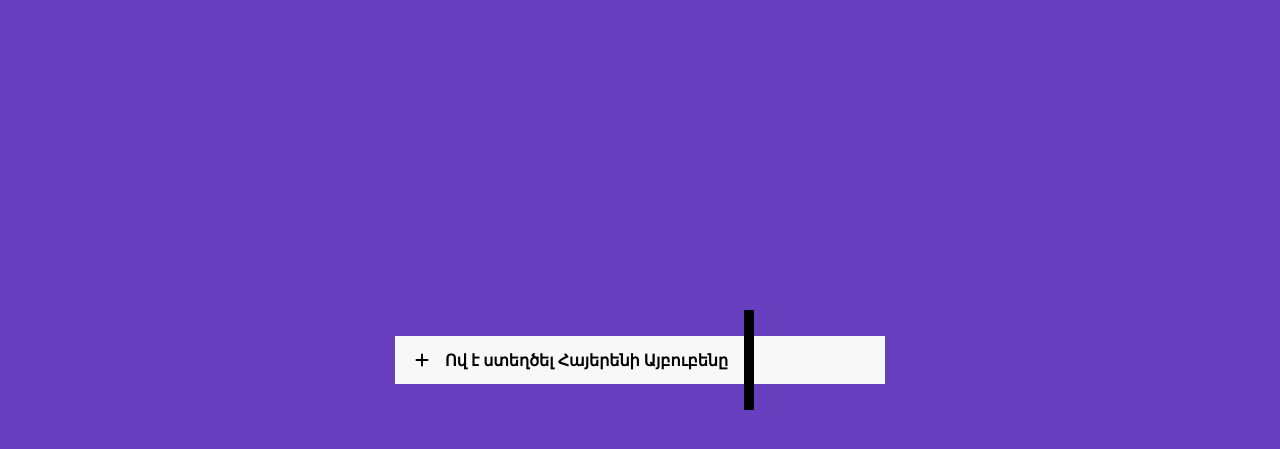
Repository: vardgeshakobyann/Accordion-ReactJS
Page: /
The author's editor kept a copy of each file at every save. The page is drawn from the files as they stood at one save, then again after the next save.
The browser window is 1280 px wide. The pictures show the whole page.
The project was rebuilt for these pictures with package versions that can differ from the ones it lists, and the page was loaded fresh each time.

Above is the page before, as saved 2025-06-11 09:22:23.

After the next save:
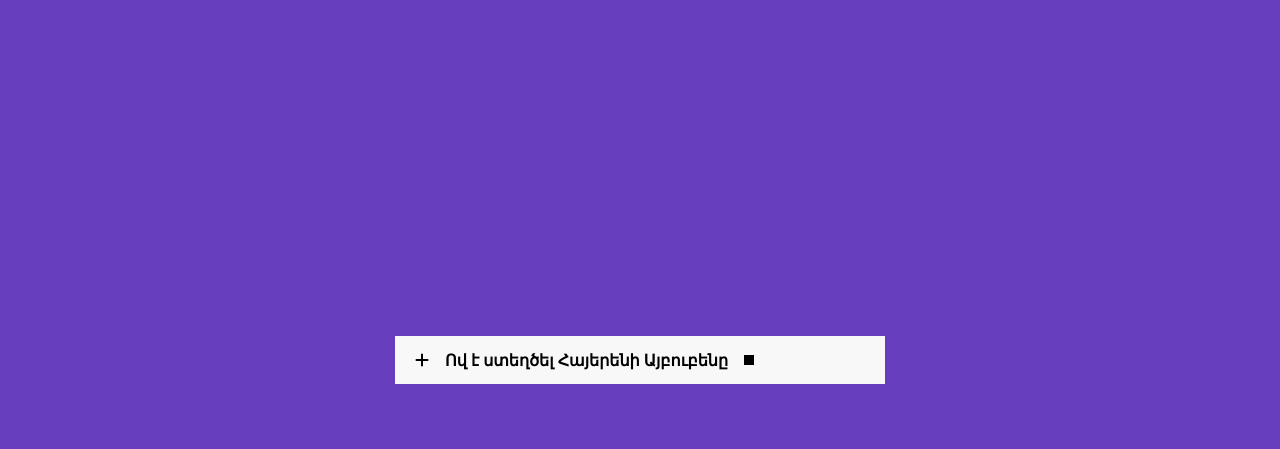
Saved 4 s later.
--- a/src/components/AccordionItem/accordionItem.css
+++ b/src/components/AccordionItem/accordionItem.css
@@ -28,6 +28,6 @@
     content: "";
     display: block;
     width: 10px;
-    height: 100px;
+    height: 10px;
     background: #000;
 }
